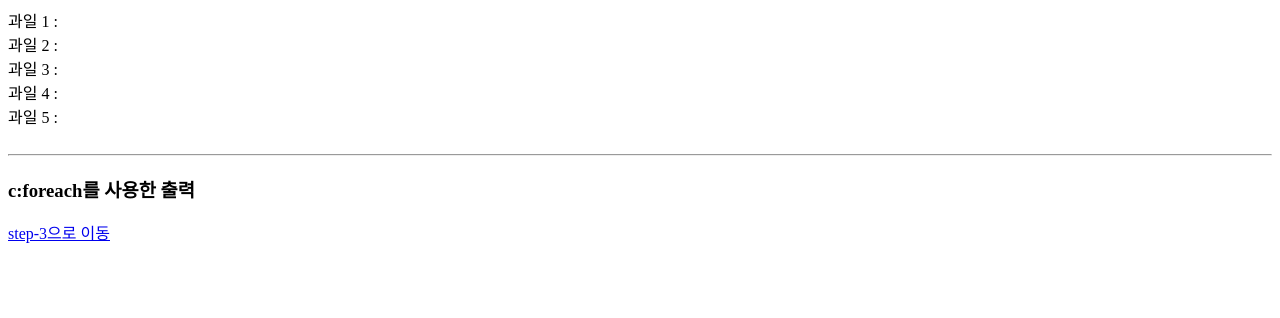
Repository: saeeeem2/2023JSTL
Page: http://localhost/jstl_study/step-4.jsp
These files come from the project's save history. The page is drawn as it stood at one moment and after a run of saves; the edit follows.
The browser window is 1280 px wide. The pictures show the whole page.
The page is served by Tomcat 9.

Above is the page before, as saved 2023-11-23 00:16:55.

After the next 2 saves:
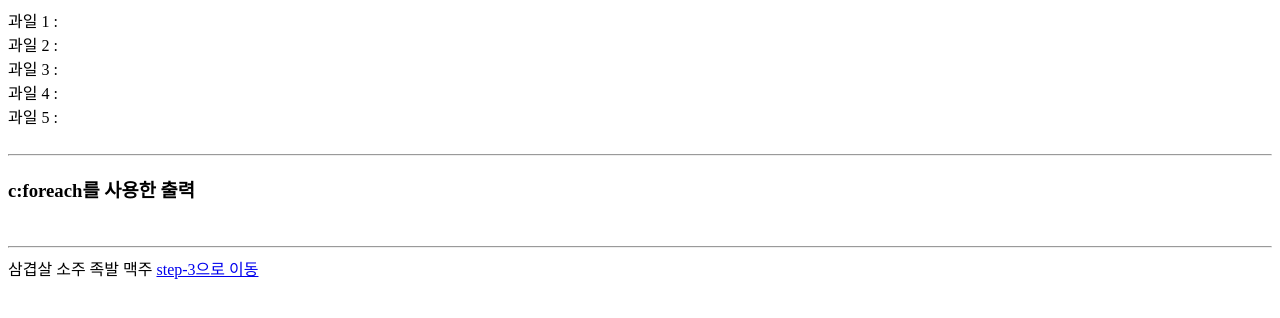
The 2 saves are shown as one change because 1 did not build or start.
The last was saved 114 s later.
--- a/jstl_study/src/main/webapp/step-4.jsp
+++ b/jstl_study/src/main/webapp/step-4.jsp
@@ -31,6 +31,11 @@
 	request.setAttribute("f",friends);
 
 %>
+<br><hr>
+<c:forEach items="${requestScope.f }" var="fname">
+	${fname }
+
+</c:forEach>
 
 <a href="step-3.jsp">step-3으로 이동</a>
 
